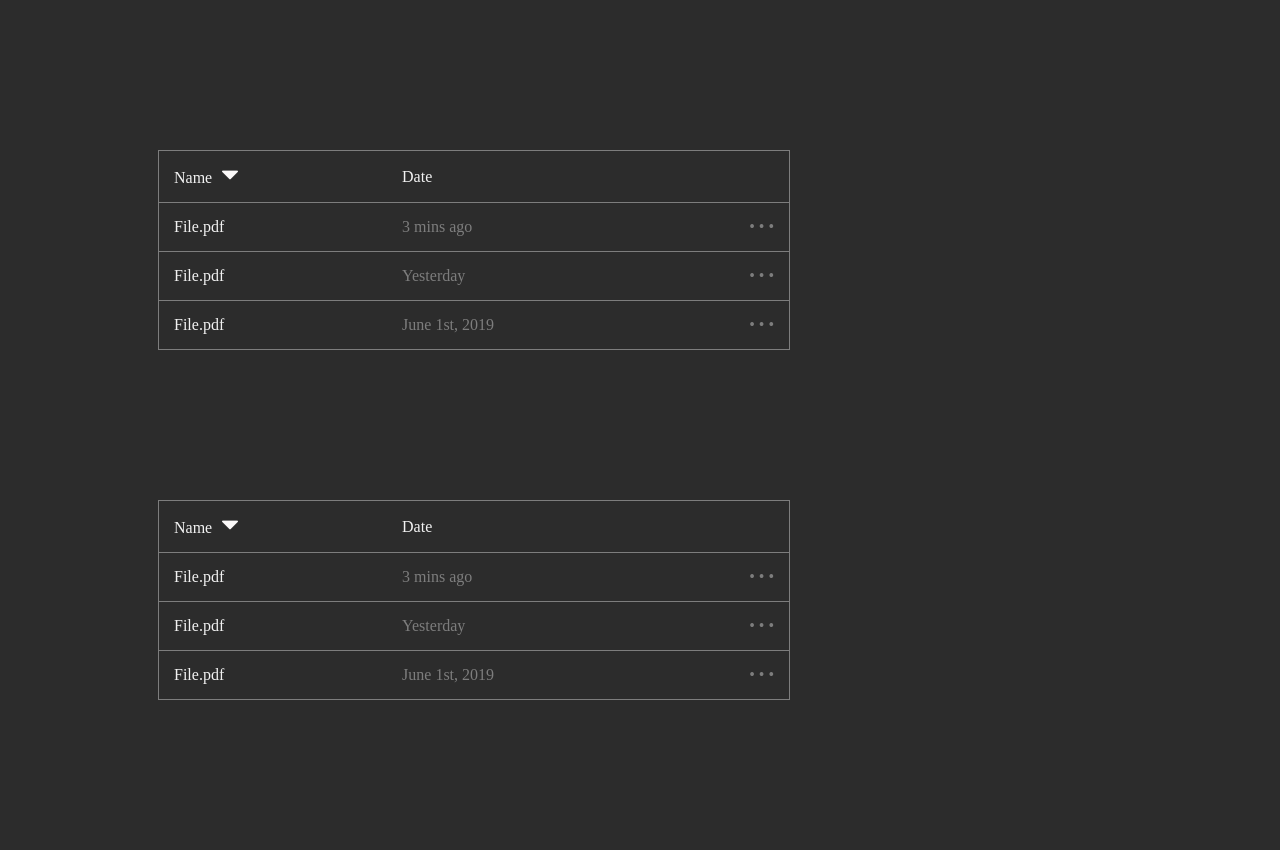
Repository: batonAnton/Hw5-table
Page: index.html
These files come from the project's save history. The page is drawn as it stood at one moment and after the next save; the edit follows.
The browser window is 1280 px wide. The pictures show the whole page.

Above is the page before, as saved 2022-06-13 18:49:43.

### index.html
<!DOCTYPE html>
<html lang="en">
<head>
    <meta charset="UTF-8">
    <meta http-equiv="X-UA-Compatible" content="IE=edge">
    <meta name="viewport" content="width=device-width, initial-scale=1.0">
    <title>Lecture 5</title>
    <link rel="stylesheet" href="css/style.css">
</head>
<body>
    <table>
        <tr>
            <td>Name <button><img src="image/down-filled-triangular-arrow.png" alt="down-filled-triangular-arrow"></button> </td>
            <td colspan="2">Date</td>
        </tr>

        <tr>
            <td>File.pdf</td>
            <td class="gray-color">3 mins ago</td>
            <td class="right-dot gray-color">&#x2022 &#x2022 &#x2022</td>
        </tr>

        <tr>
            <td>File.pdf</td>
            <td class="gray-color">Yesterday</td>
            <td class="right-dot gray-color">&#x2022 &#x2022 &#x2022</td>
        </tr>

        <tr>
            <td>File.pdf</td>
            <td class="gray-color">June 1st, 2019</td>
            <td class="right-dot gray-color">&#x2022 &#x2022 &#x2022</td>
        </tr>
    </table>

    <table>
        <tr>
            <td>Name <button><img src="image/down-filled-triangular-arrow.png" alt="down-filled-triangular-arrow"></button> </td>
            <td colspan="2">Date</td>
        </tr>

        <tr>
            <td>File.pdf</td>
            <td class="gray-color">3 mins ago</td>
            <td class="right-dot gray-color">&#x2022 &#x2022 &#x2022</td>
        </tr>

        <tr>
            <td>File.pdf</td>
            <td class="gray-color">Yesterday</td>
            <td class="right-dot gray-color">&#x2022 &#x2022 &#x2022</td>
        </tr>

        <tr>
            <td>File.pdf</td>
            <td class="gray-color">June 1st, 2019</td>
            <td class="right-dot gray-color">&#x2022 &#x2022 &#x2022</td>
        </tr>
    </table>
</body>
</html>

### css/style.css
body {
  background-color: rgb(44, 44, 44);
  color: rgb(242, 242, 242);
}

table{
    border: 1px solid rgb(125,125,125);
    margin: 150px;
    width: 50%;
    border-collapse: collapse;
  border-spacing: 0;
}

td{
    border-bottom: 1px solid rgb(125,125,125);
    padding: 15px;
}

.right-dot{
  text-align: right;
}

button{
  background-color: rgb(44, 44, 44);
  border: none;
}

.gray-color{
  color:rgb(125,125,125);
}

After the next save:
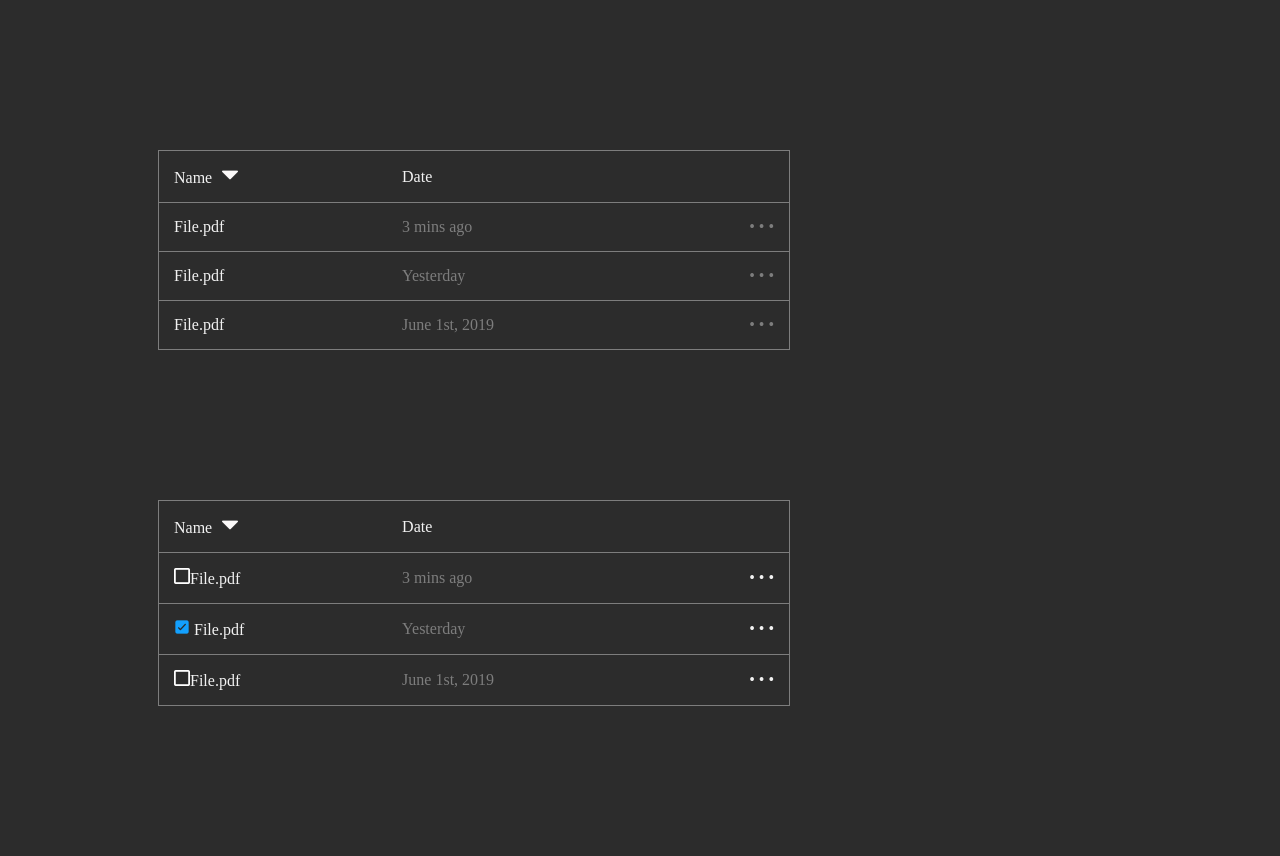
Saved 9 min 4 s later.
--- a/index.html
+++ b/index.html
@@ -35,26 +35,26 @@
 
     <table>
         <tr>
-            <td>Name <button><img src="image/down-filled-triangular-arrow.png" alt="down-filled-triangular-arrow"></button> </td>
+            <td>  Name <button><img src="image/down-filled-triangular-arrow.png" alt="down-filled-triangular-arrow"></button> </td>
             <td colspan="2">Date</td>
         </tr>
 
         <tr>
-            <td>File.pdf</td>
+            <td> <img src="/image/checkbox (1).png" alt="">File.pdf</td>
             <td class="gray-color">3 mins ago</td>
-            <td class="right-dot gray-color">&#x2022 &#x2022 &#x2022</td>
+            <td class="right-dot white-dot">&#x2022 &#x2022 &#x2022</td>
         </tr>
 
         <tr>
-            <td>File.pdf</td>
+            <td><img src="/image/checkbox.png" alt=""> File.pdf</td>
             <td class="gray-color">Yesterday</td>
-            <td class="right-dot gray-color">&#x2022 &#x2022 &#x2022</td>
+            <td class="right-dot white-dot">&#x2022 &#x2022 &#x2022</td>
         </tr>
 
         <tr>
-            <td>File.pdf</td>
+            <td><img src="/image/checkbox (1).png" alt="">File.pdf</td>
             <td class="gray-color">June 1st, 2019</td>
-            <td class="right-dot gray-color">&#x2022 &#x2022 &#x2022</td>
+            <td class="right-dot white-dot">&#x2022 &#x2022 &#x2022</td>
         </tr>
     </table>
 </body>
